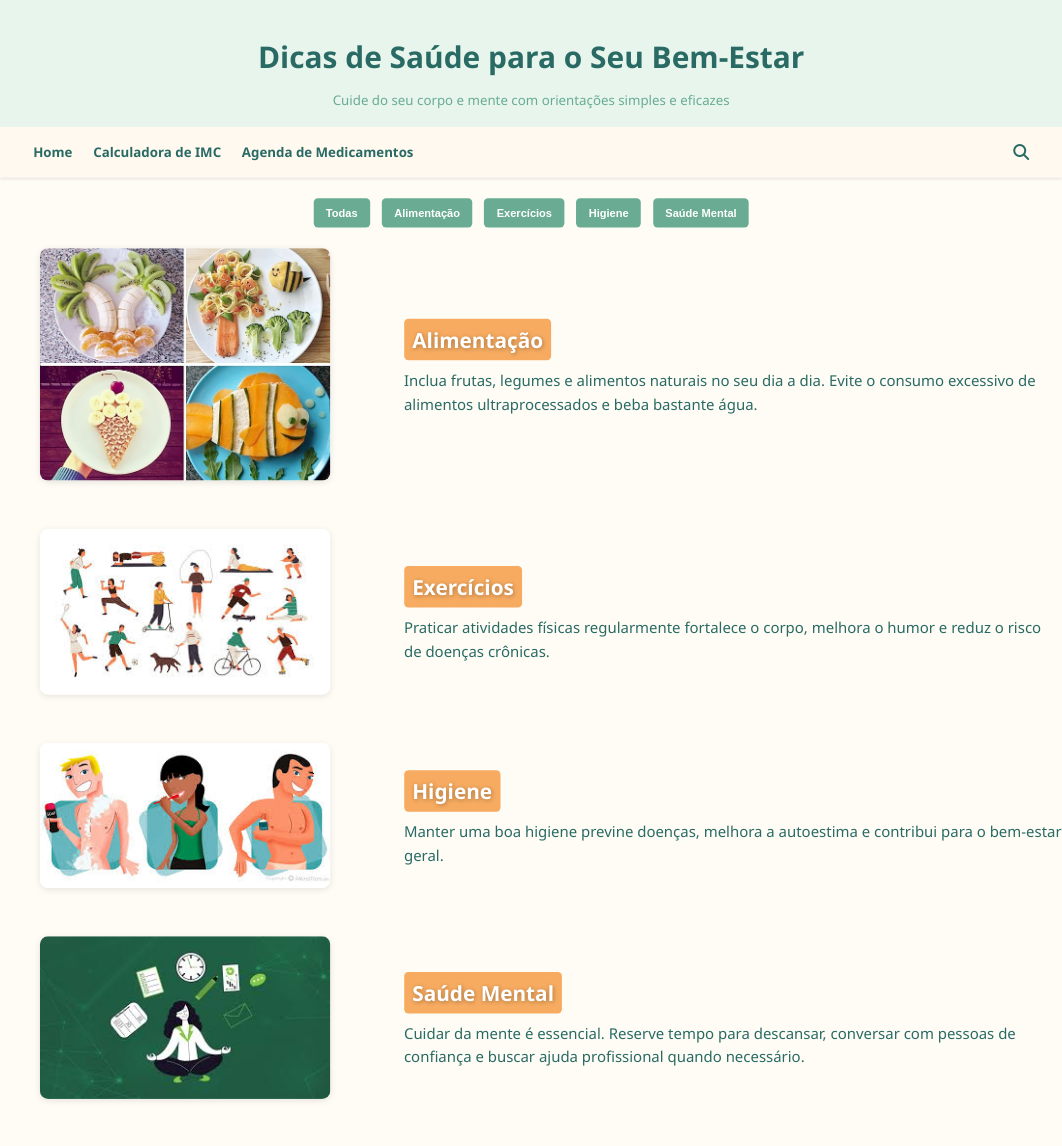
Repository: Cristiane-Sartori14/dicasSaude
Page: index.html
An editor plug-in stored every save of this project. The page is shown before and after the next save, followed by the edit.
The browser window is 1280 px wide. The pictures show the whole page, at 83% of full size.

Above is the page before, as saved 2025-05-21 18:48:37.

After the next save:
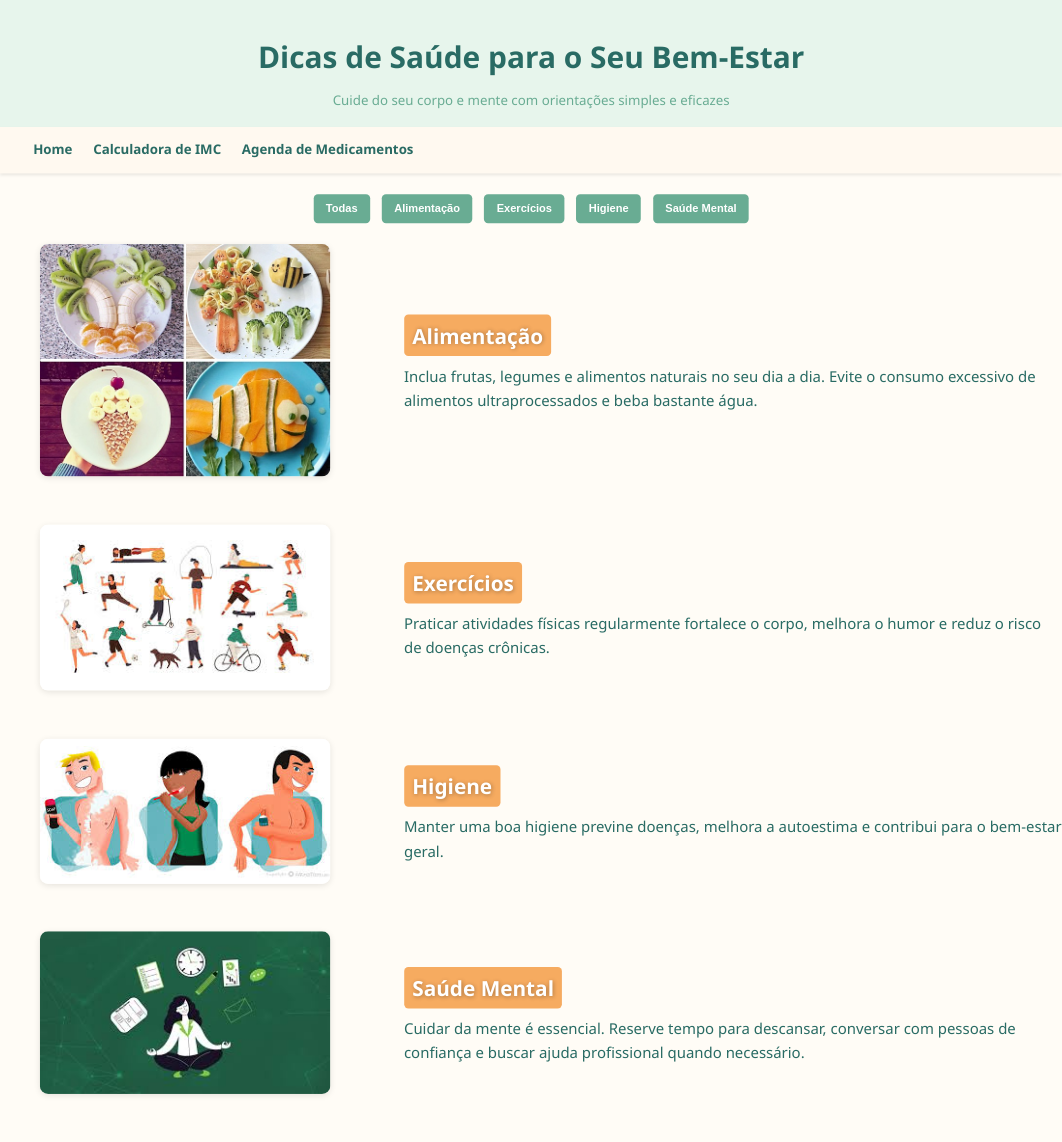
Saved 6 days later.
--- a/index.html
+++ b/index.html
@@ -29,11 +29,6 @@
             <li><a href="#">Agenda de Medicamentos</a></li>
           </ul>
         </nav>
-        <div class="header-icons">
-          <div class="icon search-icon">
-            <i class="fa-solid fa-magnifying-glass"></i>
-          </div>
-        </div>
       </div>
     </header>
 
